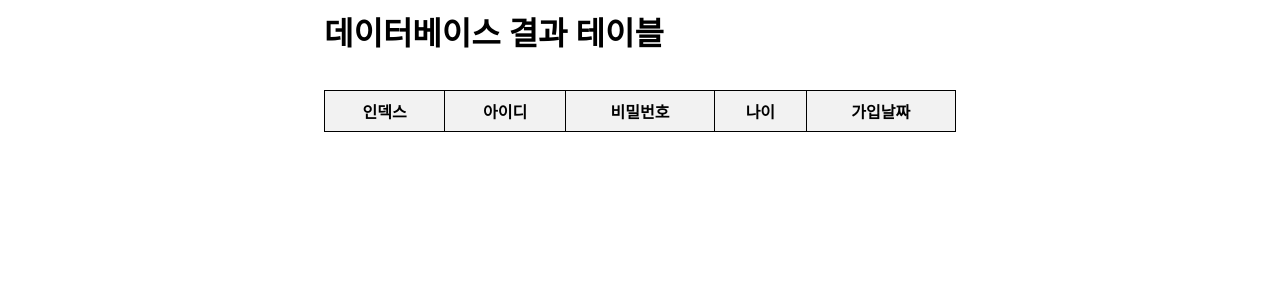
Repository: 2JISUN/hta-lecture-basic
Page: http://localhost/jsp03/list.jsp
The author's editor kept a copy of each file at every save. The page is drawn from the files as they stood at one save, then again after the next save.
The browser window is 1280 px wide. The pictures show the whole page.
The page is served by Tomcat 10. Queries for data that is not in the repository find no rows.

Above is the page before, as saved 2023-09-15 05:52:30.

After the next save:
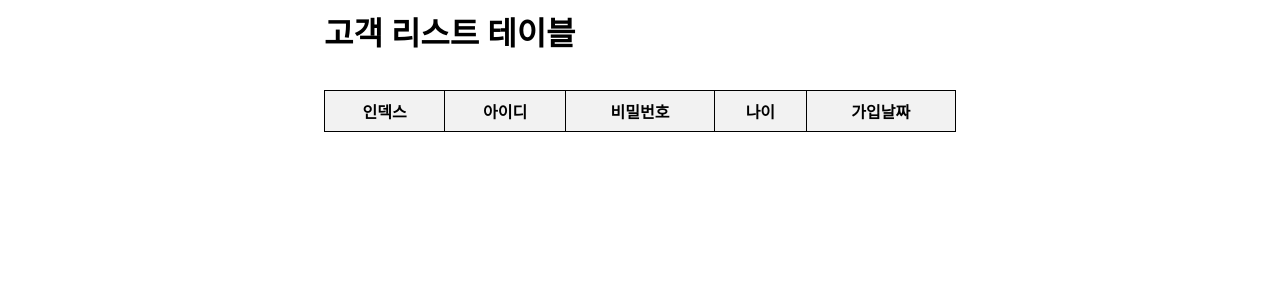
Saved 48 s later.
--- a/jsp-lecture/jsp03/src/main/webapp/list.jsp
+++ b/jsp-lecture/jsp03/src/main/webapp/list.jsp
@@ -59,7 +59,7 @@
     </style>
 </head>
 <body>
-    <h1>데이터베이스 결과 테이블</h1>
+    <h1>고객 리스트 테이블</h1>
     <br>
     <br>
     <table>
